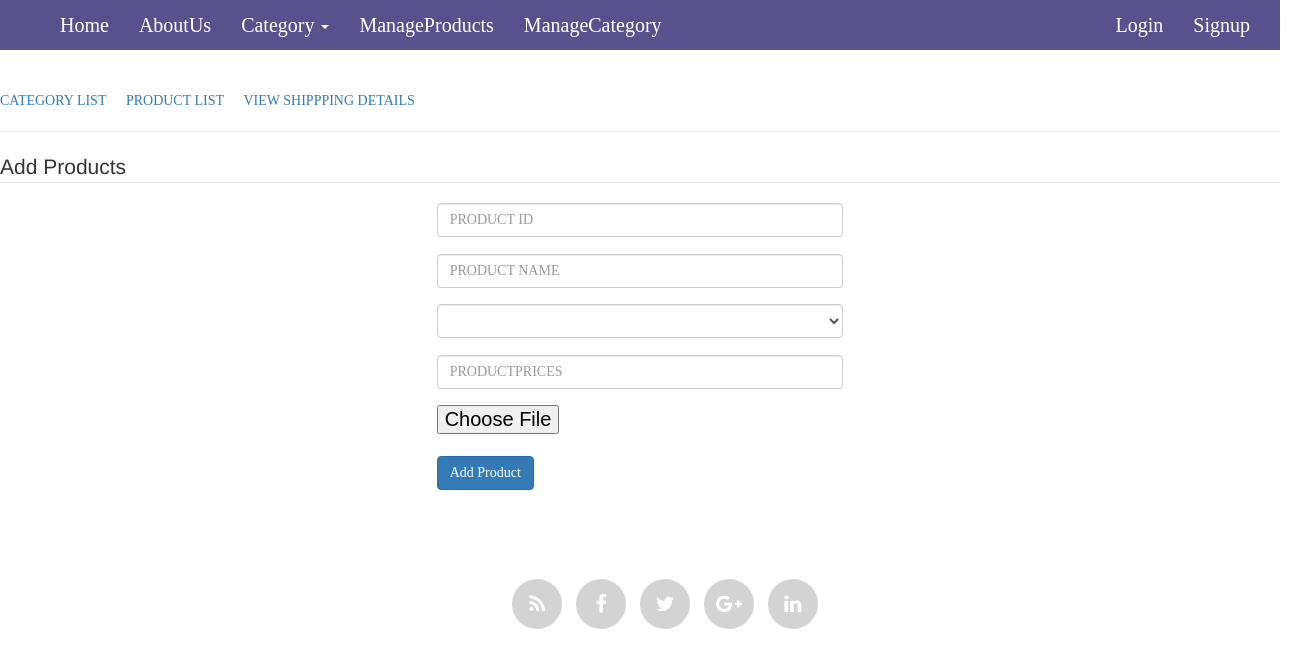
Repository: qwertuy/DTPROGRAMSPROJECTS
Page: http://localhost/Ecommerce/WEB-INF/views/Adding.jsp
These files come from the project's save history. The page is drawn as it stood at one moment and after the next save; the edit follows.
The browser window is 1280 px wide. The page is 1295 px wide, so the pictures cover 1295 px, including what lies to the right of the window. The pictures show the whole page.
Some web libraries are served in a nearby version. The page is served by Tomcat 9. Nobody is signed in. Other server files are loaded and not shown. The template is opened directly, without the code that normally fills it, so the values that code supplies are empty.

Above is the page before, as saved 2018-03-18 11:37:38.
Console error: SyntaxError: Unexpected token '{'

### Ecommerce/src/main/webapp/WEB-INF/views/Adding.jsp
<%@ page language="java" contentType="text/html; charset=ISO-8859-1"
    pageEncoding="ISO-8859-1"%>
<!DOCTYPE html PUBLIC "-//W3C//DTD HTML 4.01 Transitional//EN" "http://www.w3.org/TR/html4/loose.dtd">

<%@ taglib prefix="form" uri="http://www.springframework.org/tags/form"%>
<%@ taglib uri="http://java.sun.com/jsp/jstl/core" prefix="c"%>

<html>
<head>
<meta http-equiv="Content-Type" content="text/html; charset=ISO-8859-1">
<title>Insert title here</title>
<!-- To Access the Bootstrap link -->
<link rel="stylesheet" href="https://maxcdn.bootstrapcdn.com/bootstrap/3.3.7/css/bootstrap.min.css">
<script src="https://ajax.googleapis.com/ajax/libs/jquery/3.2.1/jquery.min.js"></script>
<script src="https://maxcdn.bootstrapcdn.com/bootstrap/3.3.7/js/bootstrap.min.js"></script>
<link href="//maxcdn.bootstrapcdn.com/font-awesome/4.1.0/css/font-awesome.min.css" rel="stylesheet">

</head>
<body>

<!-- AddProduct coding  started -->
<jsp:include page="header.jsp"></jsp:include><br><br>
<a href="categorylist" style="font-family: Baskerville Old Face;">CATEGORY LIST</a>&nbsp;&nbsp;&nbsp;&nbsp;
<!-- <a href="supplierlist" style="font-family: fantasy;">SUPPLIERLIST</a>&nbsp;&nbsp;&nbsp;&nbsp; -->
<a href="productlistview" style="font-family: Baskerville Old Face;">PRODUCT LIST</a>&nbsp;&nbsp;&nbsp;&nbsp;
<a href="viewshipdetails" style="font-family: Baskerville Old Face;">VIEW SHIPPPING DETAILS</a>&nbsp;&nbsp;&nbsp;&nbsp;

<hr>
<form class="form-horizontal" action="addProduct" method="post" enctype="multipart/form-data">
<fieldset>

<!-- Form Name -->
<legend>Add Products</legend>
<a href="" style="font-size:20px;color:white;font-family:Aharoni">

<!-- Text input-->
<div class="form-group">
  <label class="col-md-4 control-label" for="product_id"style="font-family: Aharoni">PRODUCT ID</label>
  <div class="col-md-4">
  <input id="product_id"  name="id" placeholder="PRODUCT ID" class="form-control input-md" required="" type="text">

  </div>
</div>

<!-- Text input-->
<div class="form-group">
  <label class="col-md-4 control-label" for="product_name"style="font-family: Aharoni">PRODUCT NAME</label>
  <div class="col-md-4">
  <input id="product_name" name="pname" placeholder="PRODUCT NAME" class="form-control input-md" required="" type="text">

  </div>
</div>


<!-- Select Basic -->
<div class="form-group">
  <label class="col-md-4 control-label" for="product_categorie"style="font-family: Aharoni">PRODUCT CATEGORY</label>
  <div class="col-md-4">
    <select id="product_categorie" name="cid" class="form-control">

             <c:forEach var="cList" items="${clist}">

                <option value="${cList.categoryid}">${cList.categoryname}</option>
                </c:forEach>
    </select>
  </div>
</div>

<!-- Text input-->
<div class="form-group">
  <label class="col-md-4 control-label" for="product_prices"style="font-family: Aharoni">PRODUCT PRICES</label>
  <div class="col-md-4">
  <input id="available_quantity" name="price" placeholder="PRODUCTPRICES" class="form-control input-md" required="" type="text">

  </div>
</div>

 <!-- File Button -->
<div class="form-group">
  <label class="col-md-4 control-label" for="filebutton"style="font-family: Aharoni">Select the Product Image</label>
  <div class="col-md-4">
    <input id="filebutton" name="file" class="input-file" type="file">
  </div>
</div>

<!-- Button -->
<div class="form-group">
  <label class="col-md-4 control-label" for="singlebutton"></label>
  <div class="col-md-4">
    <button id="singlebutton" name="singlebutton" class="btn btn-primary"style="font-family:Bradley Hand ITC">Add Product</button>
  </div>
  </div>

</fieldset>
</form>

      <%--  <!-- AddCategory -->

       <form class="form-horizontal" action="category"  method="post">
<fieldset>

<!-- Form Name -->
<legend>ADD CATEGORY</legend>

<!-- Text input-->
<div class="form-group">
  <label class="col-md-4 control-label" for="product_id">CATEGORY ID</label>
  <div class="col-md-4">
  <input id="category_id"  name="c_id" placeholder="CATEGORY ID" class="form-control input-md" required="" type="text">

  </div>
</div>

<!-- Text input-->
<div class="form-group">
  <label class="col-md-4 control-label" for="product_name">CATEGORY NAME</label>
  <div class="col-md-4">
  <input id="category_name" name="c_name" placeholder="CATEGORY NAME" class="form-control input-md" required="" type="text">

  </div>
</div>





<!-- Button -->
<div class="form-group">
  <label class="col-md-4 control-label" for="singlebutton"></label>
  <div class="col-md-4">
    <button id="singlebutton" name="singlebutton" class="btn btn-primary">AddCategory</button>
  </div>
  </div>

</fieldset>
</form> --%>
    <jsp:include page="footer.jsp"></jsp:include>


</body>
</html>

### Ecommerce/src/main/webapp/WEB-INF/views/header.jsp
<%@ page language="java" contentType="text/html; charset=ISO-8859-1"
    pageEncoding="ISO-8859-1"%>
    <%@ taglib prefix = "c" uri = "http://java.sun.com/jsp/jstl/core" %>
<!DOCTYPE html PUBLIC "-//W3C//DTD HTML 4.01 Transitional//EN" "http://www.w3.org/TR/html4/loose.dtd">
<html>
<head>
<meta http-equiv="Content-Type" content="text/html; charset=ISO-8859-1">
<title>BOHEMIAN</title>

 <link rel="stylesheet" href="https://maxcdn.bootstrapcdn.com/bootstrap/3.3.7/css/bootstrap.min.css">
  <script src="https://ajax.googleapis.com/ajax/libs/jquery/3.2.1/jquery.min.js"></script>
  <script src="https://maxcdn.bootstrapcdn.com/bootstrap/3.3.7/js/bootstrap.min.js"></script>
  <link href="//maxcdn.bootstrapcdn.com/font-awesome/4.1.0/css/font-awesome.min.css" rel="stylesheet">

<style type="text/css">
  .backgroundclr
  {
    background-color: #59508e;
  }
</style>

<!-- datatable -->
<link rel="stylesheet" href="https://maxcdn.bootstrapcdn.com/bootstrap/3.3.7/css/bootstrap.min.css" integrity="sha384-BVYiiSIFeK1dGmJRAkycuHAHRg32OmUcww7on3RYdg4Va+PmSTsz/K68vbdEjh4u" crossorigin="anonymous">

<link rel="stylesheet" type="text/css" href="./resources/css/dataTables.bootstrap.min.css"/>

<link rel="stylesheet" type="text/css" href="./resources/css/ss.css"/>


<link rel="stylesheet" type="text/css" href="./resources/css/datatables.css"/>


<link rel="stylesheet" type="text/css" href="./resources/css/datatables.min.css"/>

<script
  src="https://code.jquery.com/jquery-3.2.1.min.js"
  integrity="sha256-hwg4gsxgFZhOsEEamdOYGBf13FyQuiTwlAQgxVSNgt4="
  crossorigin="anonymous"></script>
  <script type="text/javascript" src="./resources/js/jquery.dataTables.min.js"></script>
<script type="text/javascript" src="./resources/js/dataTables.bootstrap.min.css"></script>

<script type="text/javascript">
$(document).ready(function(){
    $('.table').DataTable();
});
</script>
<!-- end -->
</head>
<body>
<nav class="backgroundclr">
	<div class="container-fluid">

		<div class="navbar-header">
			<button type="button" class="navbar-toggle collapsed"
				data-toggle="collapse" data-target="#bs-example-navbar-collapse-1"
				aria-expanded="false">
				<span class="sr-only">Toggle navigation</span> <span
					class="icon-bar"></span> <span class="icon-bar"></span> <span
					class="icon-bar"></span>
			</button>

			<a class="navbar-brand" href="./">
			<%-- 	<img src='<c:url value="./resources/images/boho.jpg" />' class="img-circle" width="50px" height="25px" /> --%>
			<%-- <img src="${pageContext.request.contextPath}/resources/images/weblog1.jpg" class="img-circle" width="50px" height="25px"/> --%>
			</a>
		</div>

		<div class="collapse navbar-collapse">
			<ul class="nav navbar-nav">
			  <li ><a href="" style="font-size:20px;color:white;font-family:Aharoni">Home</a></li>
				<li><a href="" style="font-size:20px;color:white;font-family:Aharoni">AboutUs</a></li>
				<li class="dropdown" style="font-family:Aharoni"><a href="#" class="dropdown-toggle" data-toggle="dropdown" role="button" aria-haspopup="true"
					aria-expanded="Aharoni"  style="font-size:20px;color:white">Category <span class="caret"></span></a>
					<ul class="dropdown-menu">

						<c:forEach items="${clist}" var="p">
						 <li><a href="categoryproductlist?id=${p.categoryid}">${p.categoryname}</a></li>
						 <%-- <li><a href='<c:url value="categoryproductlist?id=${p.categoryid}">${p.categoryname}"/>'</a></li> --%>
						</c:forEach>
						</li>

					</ul>

				</li>
					 <li style="font-family:Aharoni"><a href="<c:url value="/admin/add"/>" role="button" aria-haspopup="true"
					aria-expanded="false" style="font-size:20px;color:white">ManageProducts</a>

					<li style="font-family:Aharoni"><a href="<c:url value="/admin/add1"/>" role="button" aria-haspopup="true"
					aria-expanded="false" style="font-size:20px;color:white">ManageCategory</a>

					</li>


					</li>
					<!-- <li><a href="<c:url value="admin/productlistview"/>" style="font-family: fantasy;">PRODUCTLIST</a>-->
			</ul>


				<c:if test="${pageContext.request.userPrincipal.name  == 'admin'}">
                                <li><a href="<c:url value="/admin" />">Admin</a></li>
                 </c:if>
                 </ul>
			  <ul class="nav navbar-nav navbar-right">
			  <c:if test="${pageContext.request.userPrincipal.name == null }">
					<li>
					<%-- <a href=' <c:url value="/login" />'>Login</a> --%>
					</li>
					<li style="font-family:Aharoni" ><a href="<c:url value="admin/add"/>" role="button" aria-haspopup="Aharoni"
					aria-expanded="false" style="font-size:20px;color:white">Login</a> </li>
				<li style="font-family:Aharoni"><a href=' <c:url value="/reg" />'class="Aharoni" style="font-size:20px;color:white">Signup</a></li>

				</c:if>
				<c:if test="${pageContext.request.userPrincipal.name  != null}">
                               <li><a>Welcome: ${pageContext.request.userPrincipal.name}</a></li>
	              				<li><a href='<c:url value="/logout" />'>Signout</a></li>
                 </c:if>

				</ul>

		</div>
	</div>
</nav>
</body>
</html>

### Ecommerce/src/main/webapp/WEB-INF/views/footer.jsp
<%@ page language="java" contentType="text/html; charset=ISO-8859-1"
    pageEncoding="ISO-8859-1"%>
<!DOCTYPE html PUBLIC "-//W3C//DTD HTML 4.01 Transitional//EN" "http://www.w3.org/TR/html4/loose.dtd">
<html>
<head>
<meta http-equiv="Content-Type" content="text/html; charset=ISO-8859-1">
<title>BOHEMIAN</title>
<link rel="stylesheet" href="https://maxcdn.bootstrapcdn.com/bootstrap/3.3.7/css/bootstrap.min.css">
  <script src="https://ajax.googleapis.com/ajax/libs/jquery/3.2.1/jquery.min.js"></script>
  <script src="https://maxcdn.bootstrapcdn.com/bootstrap/3.3.7/js/bootstrap.min.js"></script>
  <link href="//maxcdn.bootstrapcdn.com/font-awesome/4.2.0/css/font-awesome.min.css" rel="stylesheet">
  <style type="text/css">


/*=========================
  Icons
 ================= */

/* footer social icons */
ul.social-network {
	list-style: none;
	display: inline;
	margin-left:0 !important;
	padding: 0;
}
ul.social-network li {
	display: inline;
	margin: 0 5px;
}


/* footer social icons */
.social-network a.icoRss:hover {
	background-color: #F56504;
}
.social-network a.icoFacebook:hover {
	background-color:#3B5998;
}
.social-network a.icoTwitter:hover {
	background-color:#33ccff;
}
.social-network a.icoGoogle:hover {
	background-color:#BD3518;
}
.social-network a.icoVimeo:hover {
	background-color:#0590B8;
}
.social-network a.icoLinkedin:hover {
	background-color:#007bb7;
}
.social-network a.icoRss:hover i, .social-network a.icoFacebook:hover i, .social-network a.icoTwitter:hover i,
.social-network a.icoGoogle:hover i, .social-network a.icoVimeo:hover i, .social-network a.icoLinkedin:hover i {
	color:#fff;
}
a.socialIcon:hover, .socialHoverClass {
	color:#44BCDD;
}

.social-circle li a {
	display:inline-block;
	position:relative;
	margin:0 auto 0 auto;
	-moz-border-radius:50%;
	-webkit-border-radius:50%;
	border-radius:50%;
	text-align:center;
	width: 50px;
	height: 50px;
	font-size:20px;
}
.social-circle li i {
	margin:0;
	line-height:50px;
	text-align: center;
}

.social-circle li a:hover i, .triggeredHover {
	-moz-transform: rotate(360deg);
	-webkit-transform: rotate(360deg);
	-ms--transform: rotate(360deg);
	transform: rotate(360deg);
	-webkit-transition: all 0.2s;
	-moz-transition: all 0.2s;
	-o-transition: all 0.2s;
	-ms-transition: all 0.2s;
	transition: all 0.2s;
}
.social-circle i {
	color: #fff;
	-webkit-transition: all 0.8s;
	-moz-transition: all 0.8s;
	-o-transition: all 0.8s;
	-ms-transition: all 0.8s;
	transition: all 0.8s;
}


  </style>
</head>
<body>
<center><h3>Created by Aishwarya</h3>
<!--Pulling Awesome Font -->



    			<div class="col-md-12">
                    <ul class="social-network social-circle">
                        <li><a href="#" class="icoRss" title="Rss" style="background-color: #D3D3D4"><i class="fa fa-rss"></i></a></li>
                        <li><a href="#" class="icoFacebook" title="Facebook" style="background-color: #D3D3D4"><i class="fa fa-facebook"></i></a></li>
                        <li><a href="#" class="icoTwitter" title="Twitter" style="background-color: #D3D3D4"><i class="fa fa-twitter"></i></a></li>
                        <li><a href="#" class="icoGoogle" title="Google +" style="background-color: #D3D3D4"><i class="fa fa-google-plus"></i></a></li>
                        <li><a href="#" class="icoLinkedin" title="Linkedin" style="background-color: #D3D3D4"><i class="fa fa-linkedin"></i></a></li>
                    </ul>
				</div>

</center>
</body>
</html>

### Ecommerce/src/main/webapp/resources/css/ss.css
@CHARSET "ISO-8859-1";
.c
{
	background: aqua;
}

Loaded but not shown: Ecommerce/src/main/webapp/resources/css/dataTables.bootstrap.min.css (library); Ecommerce/src/main/webapp/resources/css/datatables.css (common file); Ecommerce/src/main/webapp/resources/css/datatables.min.css (library); Ecommerce/src/main/webapp/resources/js/jquery.dataTables.min.js (library)

After the next save:
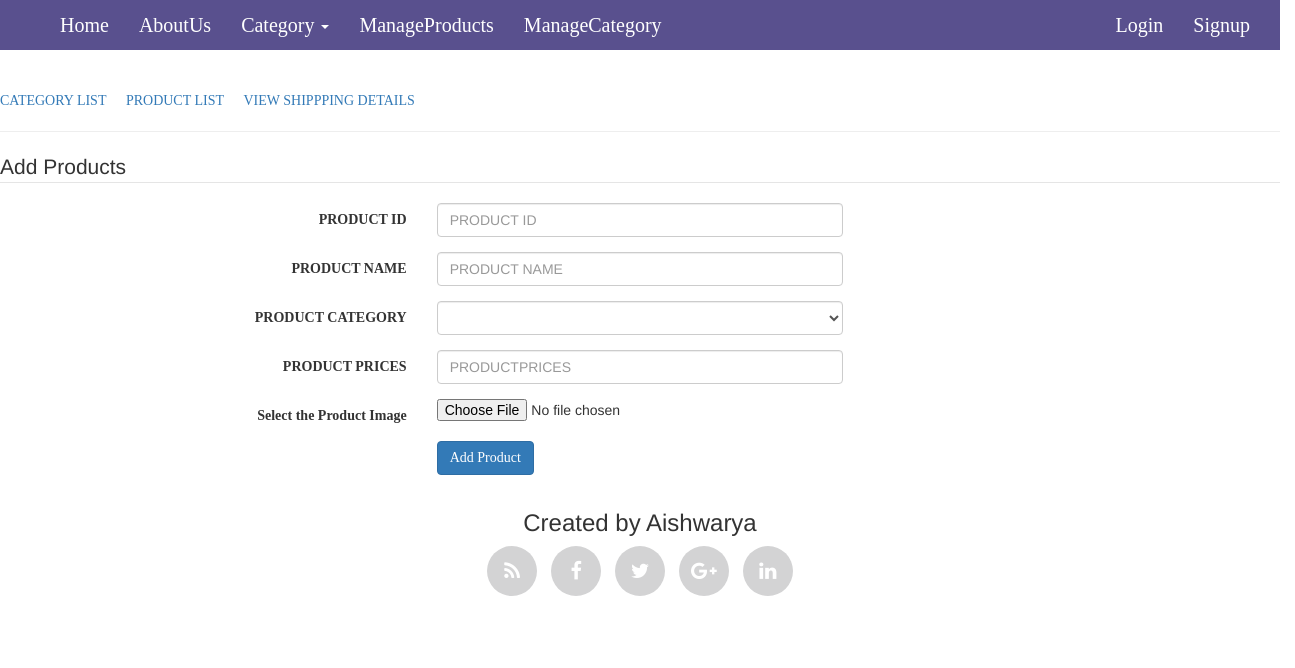
Saved 22 s later.
--- a/Ecommerce/src/main/webapp/WEB-INF/views/Adding.jsp
+++ b/Ecommerce/src/main/webapp/WEB-INF/views/Adding.jsp
@@ -31,7 +31,6 @@
 
 <!-- Form Name -->
 <legend>Add Products</legend>
-<a href="" style="font-size:20px;color:white;font-family:Aharoni">
 
 <!-- Text input-->
 <div class="form-group">
